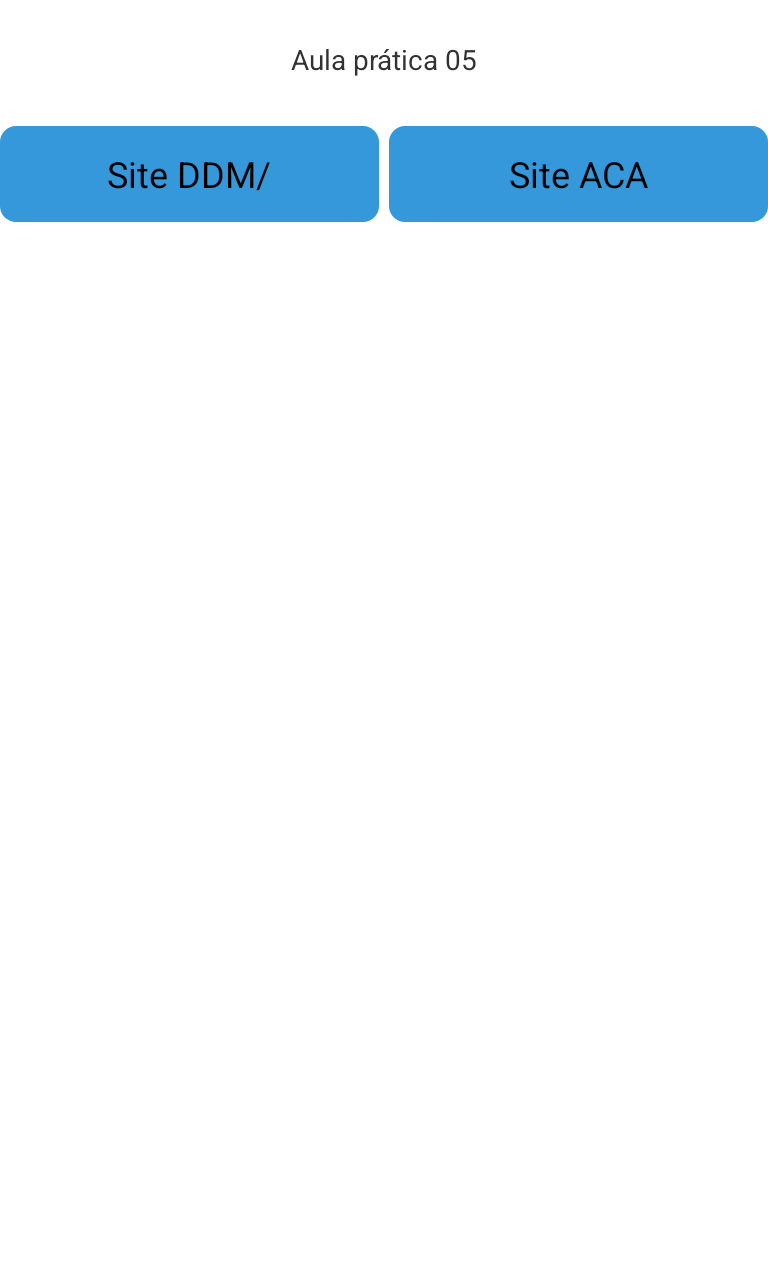
Repository: gokugohan/ddm
Layout: Aulas/res/layout/fragment_aula05.xml
An editor plug-in stored every save of this project. The layout is shown before and after the next save, followed by the edit.
It is drawn on a 768 x 1280 px phone screen (xhdpi) without system bars, with theme AppTheme; the app's code is not run.

Above is the layout before, as saved 2014-11-03 11:25:56.

### Aulas/res/layout/fragment_aula05.xml
<?xml version="1.0" encoding="utf-8"?>
<LinearLayout xmlns:android="http://schemas.android.com/apk/res/android"
    android:layout_width="match_parent"
    android:layout_height="match_parent"
    android:orientation="vertical" >

    <TextView
        android:id="@+id/id_tv_about_app_aula_cinco"
        android:layout_width="match_parent"
        android:layout_height="wrap_content"
        android:layout_marginBottom="24dp"
        android:layout_marginTop="20dp"
        android:gravity="center"
        android:text="@string/str_about_app_aula_cinco" />

    <LinearLayout
        android:layout_width="match_parent"
        android:layout_height="wrap_content"
        android:orientation="horizontal"
        android:weightSum="2" >

        <Button
            android:id="@+id/id_btn_site1"
            android:layout_width="0dp"
            android:layout_height="wrap_content"
            android:layout_weight="1"
            android:background="@drawable/custom_button"
            android:layout_marginRight="5dp"
            android:text="@string/str_site1" />

        <Button
            android:id="@+id/id_btn_site2"
            android:layout_width="0dp"
            android:layout_height="wrap_content"
            android:layout_weight="1"
            android:background="@drawable/custom_button"
            android:text="@string/str_site2" />
    </LinearLayout>

</LinearLayout>

### Aulas/res/values/strings.xml
<?xml version="1.0" encoding="utf-8"?>
<resources>

    <string name="app_name">Aulas</string>
    <string name="aula01">Aula 01</string>
    <string name="aula02">Aula 02</string>
    <string name="Aula03">Aula 03</string>
    <string name="Aula04">Aula 04</string>
    <string name="Aula05">Aula 05</string>
    <string name="Aula06">Aula 06</string>
    <string name="Aula07">Aula 07</string>
    <string name="Aula08">Aula 08</string>
    <string name="Aula09">Aula 09</string>
    <string name="Aula10">Aula 10</string>
    <string name="navigation_drawer_open">Open navigation drawer</string>
    <string name="navigation_drawer_close">Close navigation drawer</string>
    <string name="action_example">Example action</string>
    <string name="action_settings">Settings</string>
    <string name="fragment_aula_02">Fragment Aula 02</string>
    <string name="static_class_util_message_toast">Static Class Util Message Toast</string>
    <string name="str_about_app">This app helps you to turn on/off some services</string>
    <string name="str_btn_wifi">Here will appear what\n the button does</string>
    <string name="str_put_wifi_on">Turn wifi service ON</string>
    <string name="str_put_wifi_of">Turn wifi service OF</string>
    <string name="str_info_wifi_on_fails">You requested to turn wifi ON, but it FAILED</string>
    <string name="str_info_wifi_off_fails">You requested to turn wifi OFF, but it FAILED</string>
    <string name="str_info_wifi_on_success">Wifi was OFF and it is now ON</string>
    <string name="str_info_wifi_off_success">Wifi was ON and it is now OF</string>
    <string name="str_info_device_has_no_wifi_feature">Your device reports it has NO wifi feature</string>
    <string name="str_btn_bluetooth">Turn on Bluetooth device</string>
    <string name="str_put_bluetooth_on">Turn Bluetooth service ON</string>
    <string name="str_put_bluetooth_of">Turn Bluetooth service OF</string>
    <string name="str_info_bluetooth_on_fails">You requested to turn Bluetooth ON, but it FAILED</string>
    <string name="str_info_bluetooth_off_fails">You requested to turn Bluetooth OFF, but it FAILED</string>
    <string name="str_info_bluetooth_on_success">Bluetooth was OFF and it is now ON</string>
    <string name="str_info_bluetooth_off_success">Bluetooth was ON and it is now OF</string>
    <string name="str_info_bluetooth_already_on">Bluetooth already ON</string>
    <string name="str_info_device_has_no_bluetooth_feature">Your device reports it has NO bluetooth feature</string>
    <string name="str_info">Touch and hold on a color to change it</string>
    <string name="str_nw">NE corner / Upper-right corner</string>
    <string name="str_ne">NW corner / Upper-left corner</string>
    <string name="str_sw">SE corner / Down-right corner</string>
    <string name="str_se">sw corner / Down-left corner</string>
    <string name="str_color_red">Red</string>
    <string name="str_color_yellow">Yellow</string>
    <string name="str_color_blue">Blue</string>
    <string name="str_color_green">Green</string>
    <string name="str_color_magenta">Magenta</string>
    <string name="str_color_black">Black</string>
    <string name="str_color_white">White</string>
    <string name="str_color_unknown">Unknown</string>
    <string name="str_dialog_title">Escolha uma cor</string>
    <string name="str_cancel_button">Cancelar</string>
    <string name="title_activity_aula05">Aula05Activity</string>
    <string name="hello_world">Hello world!</string>

    <string name="str_about_app_aula_cinco">Aula prática 05</string>
    <string name="str_site1">Site DDM/</string>
    <string name="str_site2">Site ACA</string>

    <string name="str_address_site1">http://arturmarques.com/edu/ddm/</string>
    <string name="str_address_site2">http://arturmarques.com/edu/aca/</string>

</resources>

### Aulas/res/drawable/custom_button.xml
<?xml version="1.0" encoding="utf-8"?>
<shape xmlns:android="http://schemas.android.com/apk/res/android" >

    <corners
        android:bottomLeftRadius="8dp"
        android:bottomRightRadius="8dp"
        android:topLeftRadius="8dp"
        android:topRightRadius="8dp" />

    <solid android:color="#3498db"/>
</shape>

Loaded but not shown: Aulas/res/values/styles.xml (common file); Aulas/res/values-v11/styles.xml (common file); Aulas/res/values-v14/styles.xml (common file)

After the next save:
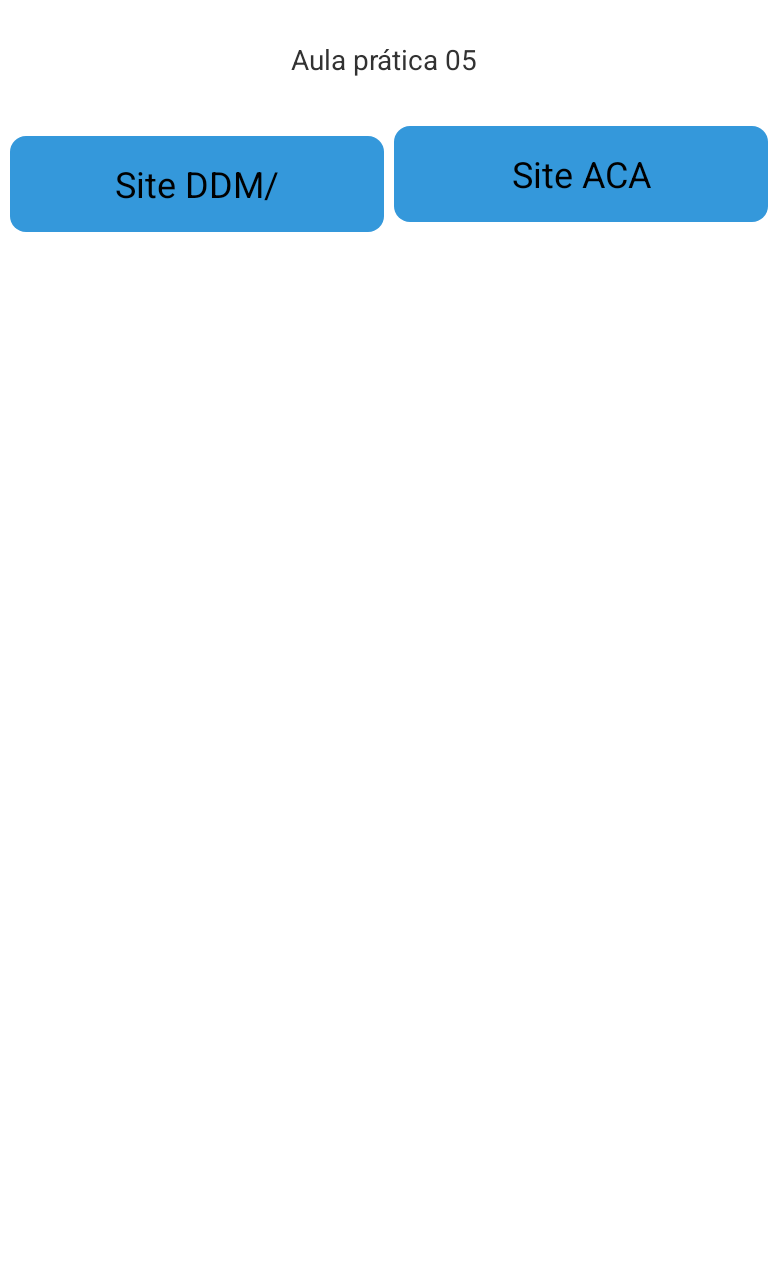
Saved 10 s later.
--- a/Aulas/res/layout/fragment_aula05.xml
+++ b/Aulas/res/layout/fragment_aula05.xml
@@ -25,7 +25,7 @@
             android:layout_height="wrap_content"
             android:layout_weight="1"
             android:background="@drawable/custom_button"
-            android:layout_marginRight="5dp"
+            android:layout_margin="5dp"
             android:text="@string/str_site1" />
 
         <Button
